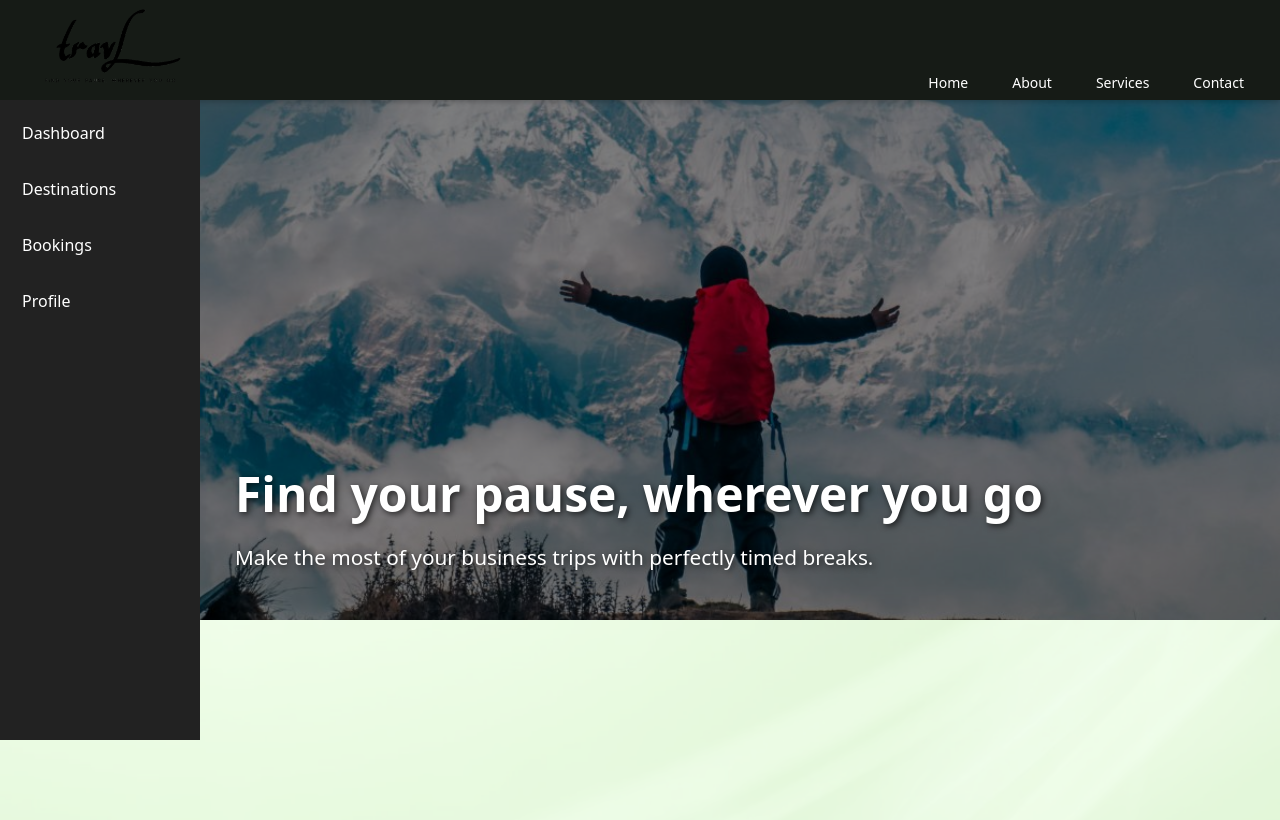
Repository: Nakib-Arman/Javafest25---travL
Page: / (app in Frontend/)
These files come from the project's save history. The page is drawn as it stood at one moment and after the next save; the edit follows.
The browser window is 1280 px wide. The pictures show the whole page.
Pictures or frames that could not be fetched are drawn as grey boxes. The project was rebuilt for these pictures with package versions that can differ from the ones it lists, and the page was loaded fresh each time. Also part of the build but not shown: Frontend/vite.config.js.

Above is the page before, as saved 2025-08-13 01:19:13.

### Frontend/src/App.jsx
import { useState } from 'react'

import Home from './Components/Home'

function App() {
  const [count, setCount] = useState(0)

  return (
    <div>
      <Home/>
    </div>
  )
}

export default App

### Frontend/src/Components/Home.jsx
import React, { useState, useEffect } from 'react';
import '../CSS/Home.css';
import Topbar from './Topbar';
import Sidebar from './Sidebar';

import img1 from '../assets/travel1.jpg';
import img2 from '../assets/travel2.jpg';
import img3 from '../assets/travel3.jpg';
import logo from '../assets/Logo1.png';  // adjust the path as needed


export default function Home() {
  const images = [img1, img2, img3];
  const [currentIndex, setCurrentIndex] = useState(0);

  useEffect(() => {
    const timer = setInterval(() => {
      setCurrentIndex((prev) => (prev + 1) % images.length);
    }, 8000);
    return () => clearInterval(timer);
  }, [images.length]);

  return (
    <div className="home-container">
      <Topbar />
      <Sidebar />

      <div className="slideshow-container">
        <div
          className="slide-track"
          style={{ transform: `translateX(-${currentIndex * 100}%)` }}
        >
          {images.map((src, idx) => (
            <img key={idx} src={src} alt={`Slide ${idx}`} className="slide-image" />
          ))}
        </div>

        <div className="overlay-text">
          <h1>Find your pause, wherever you go</h1>
          <p>Make the most of your business trips with perfectly timed breaks.</p>
        </div>
      </div>
    </div>
  );
}

### Frontend/src/CSS/Home.css
.home-container {
    margin: 0;
    padding: 0;

    height: 100vh;
    width: 100vw;

    background-image: url('../assets/background2.jpg');
    background-position: center;
    background-repeat: no-repeat;
    background-size: cover;

    position: relative;
    color: black;
}


.home-container::before {
    content: '';
    position: absolute;
    top: 0;
    left: 0;
    right: 0;
    bottom: 0;
    background: rgba(241, 255, 238, 0.9);
    z-index: 1;
    pointer-events: none;
}



/* Slideshow adjusted to leave space for navbars */
.slideshow-container {
    position: relative;
    margin-top: 100px;
    /* space for topbar */
    margin-left: 180px;
    /* space for sidebar */
    width: calc(100% - 180px);
    height: calc(100% - 200px);
    /* 60% of viewport height */
    overflow: hidden;
    background-color: black;
    /* fallback */
    z-index: 2;
}

.slide-track {
    display: flex;
    transition: transform 0.8s ease-in-out;
    height: 100%;
}

.slide-image {
    min-width: 100%;
    height: 100%;
    object-fit: cover;
    opacity: 0.5;
}

/* Text overlay on slideshow */
.overlay-text {
    position: absolute;
    bottom: 5%;
    left: 5%;
    transform: none;
    text-align: left;
    color: white;
    text-shadow: 2px 2px 6px rgba(0, 0, 0, 0.7);
    z-index: 2;
}

.overlay-text h1 {
    font-size: 3rem;
    margin-bottom: 10px;
}

.overlay-text p {
    font-size: 1.3rem;
}

### Frontend/src/Components/Topbar.jsx
// src/components/Topbar.js
import React from 'react';
import '../CSS/Topbar.css';

export default function Topbar() {
  return (
    <nav className="topbar">
      <a className="logo-link" href="/"></a>

      <div className="nav-buttons">
        <button>Home</button>
        <button>About</button>
        <button>Services</button>
        <button>Contact</button>
      </div>
    </nav>
  );
}

### Frontend/src/Components/Sidebar.jsx
// src/components/Sidebar.js
import React from 'react';
import '../CSS/Sidebar.css';

export default function Sidebar() {
  return (
    <div className="sidebar">
      <button>Dashboard</button>
      <button>Destinations</button>
      <button>Bookings</button>
      <button>Profile</button>
    </div>
  );
}

### Frontend/src/CSS/Topbar.css
.topbar {
    position: fixed;
    top: 0;
    left: 0;
    right: 0;
    height: 100px;
    background-color: #161b16;
    display: flex;
    justify-content: space-between;
    align-items: flex-end;
    padding: 0 20px;
    box-shadow: 0 2px 5px rgba(0,0,0,0.2);
    z-index: 1000;
  }

  /* Logo */
  .logo-link {
    display: inline-block;
    height: 100px;   /* make bigger if needed */
    width: 180px;
    background-image: url('../assets/Logo1.png');
    background-size: contain;
    background-repeat: no-repeat;
    background-position: center;
  }

  /* Navigation buttons container */
  .nav-buttons {
    display: flex;
    gap: 12px;
  }

  /* Button styling */
  .nav-buttons button {
    background-color: transparent;
    color: white;
    border: none;
    padding: 8px 16px;
    border-radius: 6px;
    font-size: 14px;
    font-weight: 500;
    cursor: pointer;
    transition: background-color 0.3s ease;
  }

  .nav-buttons button:hover {
    background-color: white;
    color: black;
  }

### Frontend/src/CSS/Sidebar.css
.sidebar {
    position: fixed;
    top: 100px; /* below topbar height */
    left: 0;
    width: 180px;
    height: calc(100vh - 100px);
    background-color: #222;
    display: flex;
    flex-direction: column;
    padding: 10px;
    gap: 10px;
    z-index: 1000;
  }

  .sidebar button {
    background-color: transparent;
    color: white;
    border: none;
    padding: 12px;
    text-align: left;
    border-radius: 4px;
    cursor: pointer;
    transition: background-color 0.3s ease;
  }

  .sidebar button:hover {
    background-color: #666;
  }

Loaded but not shown: Frontend/index.html (common file); Frontend/src/main.jsx (common file); Frontend/src/index.css (common file)

After the next save:
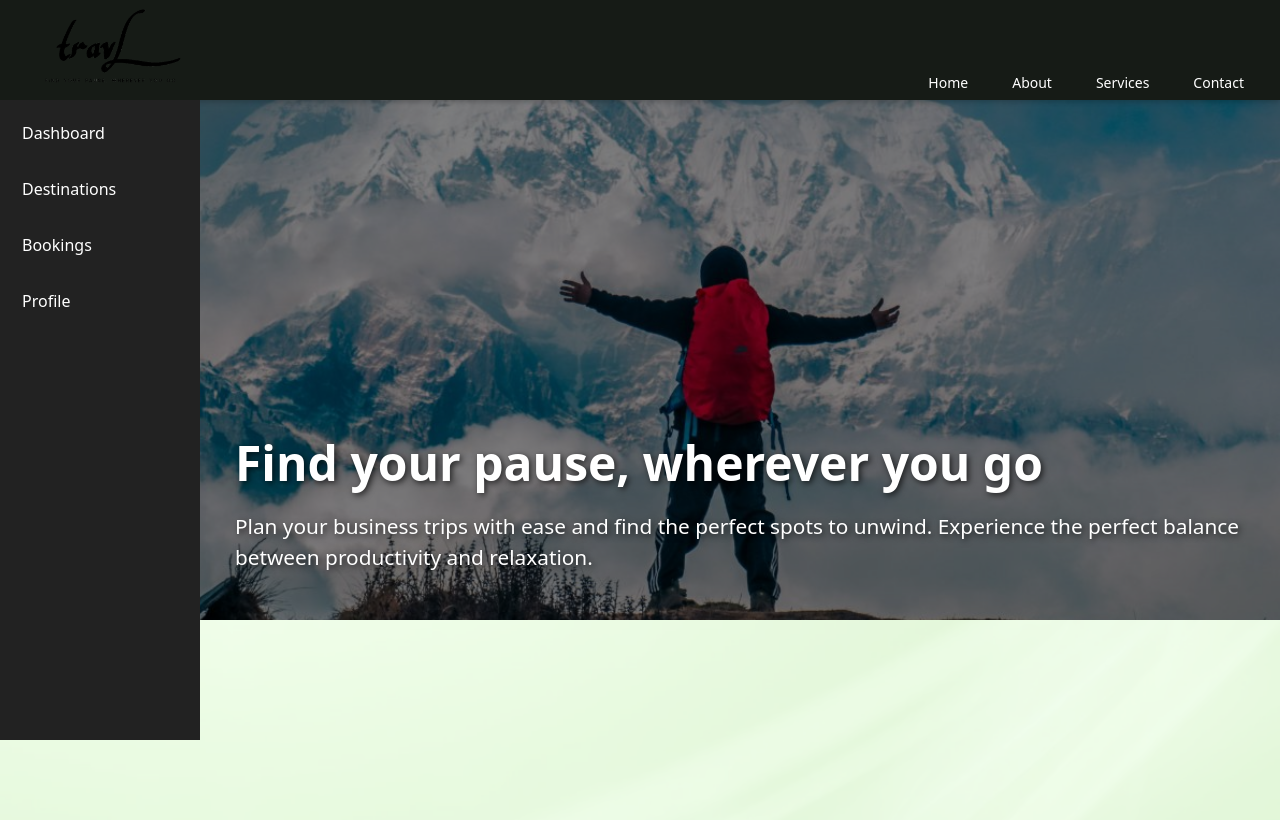
Saved 57 s later.
--- a/Frontend/src/Components/Home.jsx
+++ b/Frontend/src/Components/Home.jsx
@@ -37,7 +37,8 @@ export default function Home() {
 
         <div className="overlay-text">
           <h1>Find your pause, wherever you go</h1>
-          <p>Make the most of your business trips with perfectly timed breaks.</p>
+          <p>Plan your business trips with ease and find the perfect spots to unwind.
+          Experience the perfect balance between productivity and relaxation.</p>
         </div>
       </div>
     </div>
